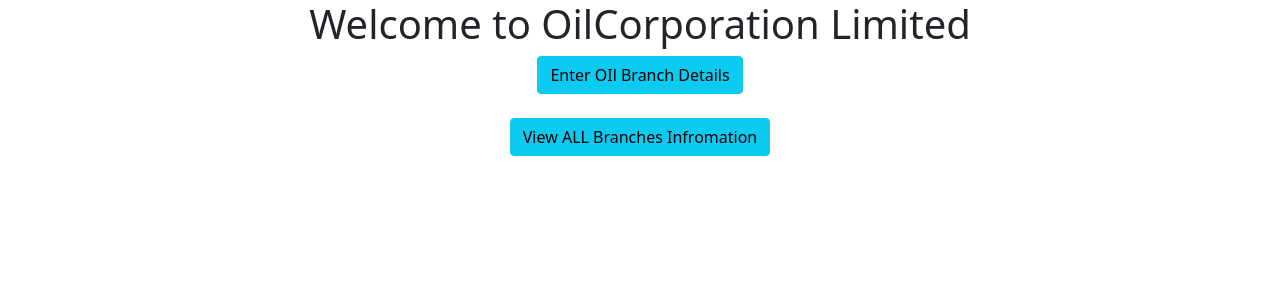
Repository: veerrajuMareddi/demo
Page: http://localhost/OilCorporation/views/index.jsp
An editor plug-in stored every save of this project. The page is shown before and after the next save, followed by the edit.
The browser window is 1280 px wide. The pictures show the whole page.
The page is served by Tomcat 9. Other server files are loaded and not shown.

Above is the page before, as saved 2022-04-29 11:01:53.

### OilCorporation/src/main/webapp/views/index.jsp
<%@ page language="java" contentType="text/html; charset=ISO-8859-1"
    pageEncoding="ISO-8859-1"%>
<!DOCTYPE html>
<html>
<head>
<link
	href="https://cdn.jsdelivr.net/npm/bootstrap@5.1.3/dist/css/bootstrap.min.css"
	rel="stylesheet"
	integrity="sha384-1BmE4kWBq78iYhFldvKuhfTAU6auU8tT94WrHftjDbrCEXSU1oBoqyl2QvZ6jIW3"
	crossorigin="anonymous">
<script
	src="https://cdn.jsdelivr.net/npm/bootstrap@5.1.3/dist/js/bootstrap.bundle.min.js"
	integrity="sha384-ka7Sk0Gln4gmtz2MlQnikT1wXgYsOg+OMhuP+IlRH9sENBO0LRn5q+8nbTov4+1p"
	crossorigin="anonymous"></script>
<meta charset="ISO-8859-1">
<title>Home</title>
</head>
<body>
<center>
<h1>Welcome to OilCorporation Limited</h1>
<a class="btn btn-info" href="/src/callsave">Enter OIl Branch Details</a>
<br>
<br>
<a class="btn btn-info" href="/src/get">View ALL Branches Infromation</a>
<br>
<br>
</center>
</body>
</html>

After the next save:
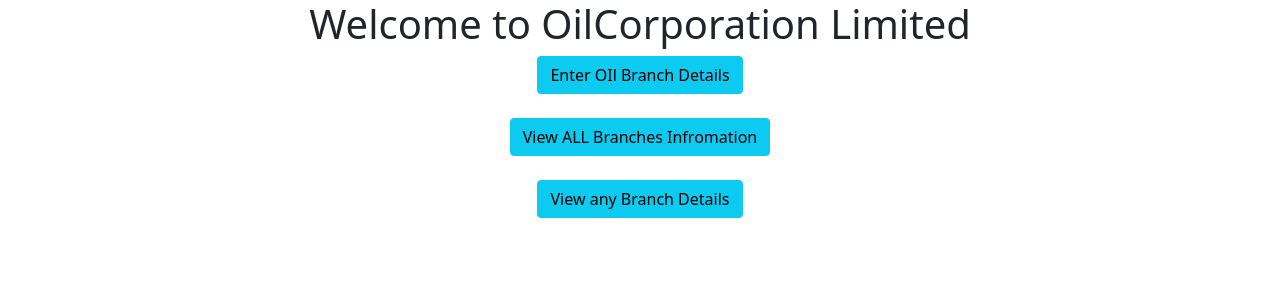
Saved 2 min 46 s later.
--- a/OilCorporation/src/main/webapp/views/index.jsp
+++ b/OilCorporation/src/main/webapp/views/index.jsp
@@ -24,6 +24,7 @@
 <a class="btn btn-info" href="/src/get">View ALL Branches Infromation</a>
 <br>
 <br>
+<a class="btn btn-info" href="/src/id">View any Branch Details</a>
 </center>
 </body>
 </html>
